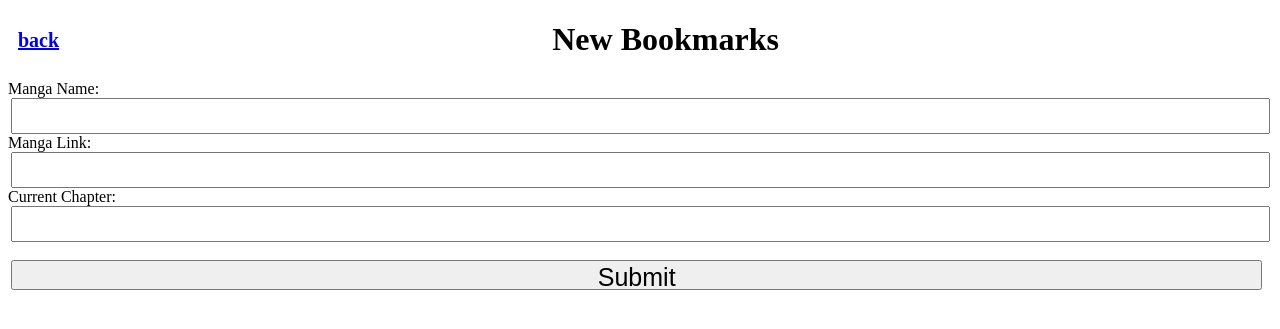
Repository: PA055/Manga-Bookmarks
Page: new.html
These files come from the project's save history. The page is drawn as it stood at one moment and after the next save; the edit follows.
The browser window is 1280 px wide. The pictures show the whole page.

Above is the page before, as saved 2023-03-11 12:11:22.
Console error: ReferenceError: $ is not defined

After the next save:
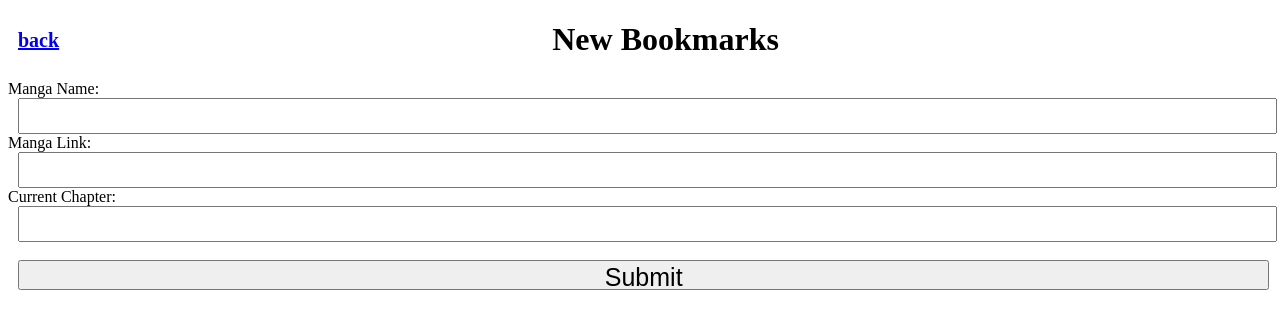
Saved 8 s later.
--- a/main.css
+++ b/main.css
@@ -31,11 +31,11 @@ h1 {
     height: 30px;
     font-size: 25px;
     margin: auto;
-    transform: translateX(3px);
-    -webkit-transform: translateX(3px);
-    -moz-transform: translateX(3px);
-    -ms-transform: translateX(3px);
-    -o-transform: translateX(3px);
+    transform: translateX(10px);
+    -webkit-transform: translateX(10px);
+    -moz-transform: translateX(10px);
+    -ms-transform: translateX(10px);
+    -o-transform: translateX(10px);
 }
 
 
